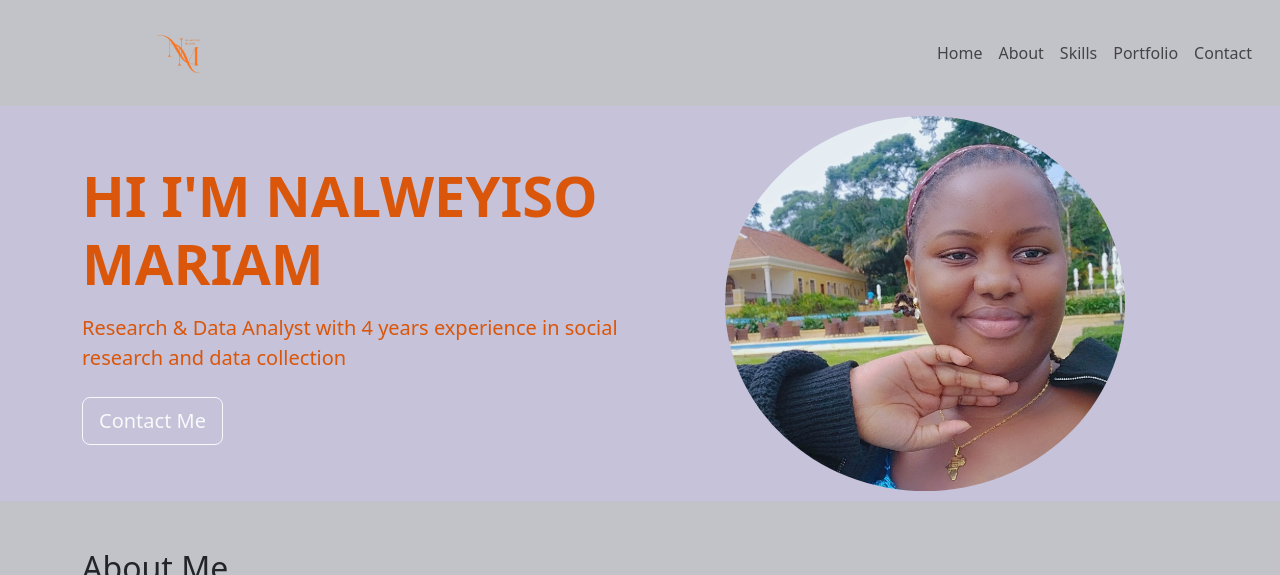
Repository: NalweMari/My-Personal-Portfolio
Page: index.html
An editor plug-in stored every save of this project. The page is shown before and after the next save, followed by the edit.
The browser window is 1280 px wide. The pictures show the part of the page from y = 0 to 575 px (the page is 1005 px tall).
A picture or video elsewhere on the page could not be fetched, so the positions and the page height are approximate.

Above is the page before, as saved 2025-11-28 12:00:33.
Console error (its wording comes from the project's code and is left out).

After the next save:
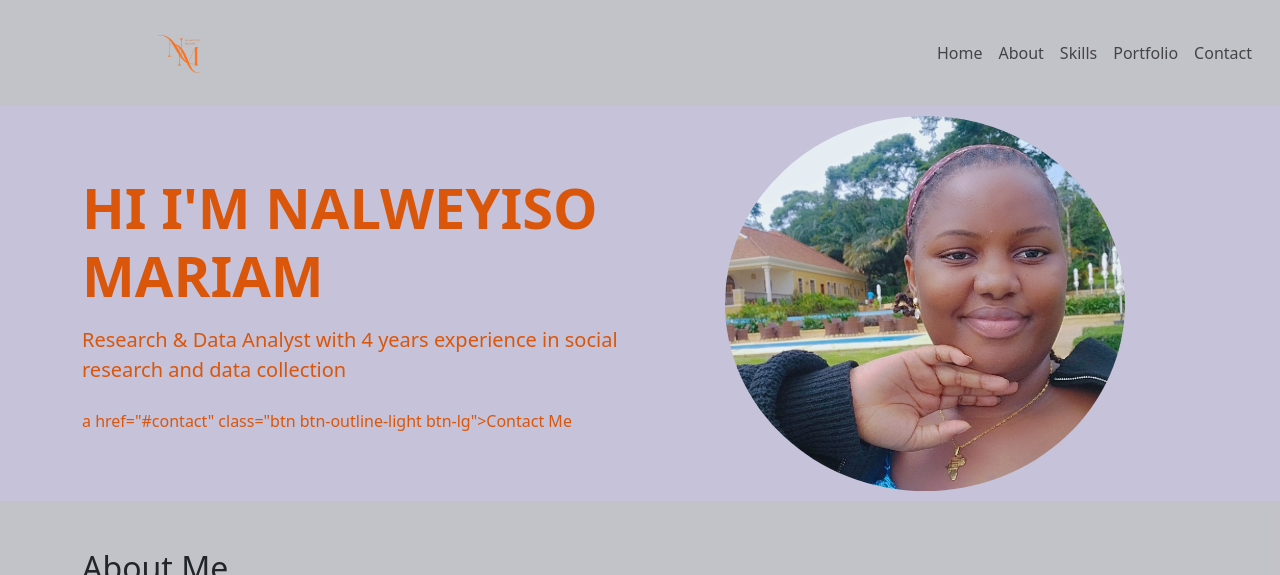
Saved 24 s later.
--- a/index.html
+++ b/index.html
@@ -43,7 +43,7 @@
                     <p class="lead mb-4">Research & Data Analyst with 4 years experience in social research and data
                         collection</p>
                     <div class="d-flex flex-wrap gap-3">
-                       <a href="#contact" class="btn btn-outline-light btn-lg">Contact Me</a>
+                       a href="#contact" class="btn btn-outline-light btn-lg">Contact Me</a>
                     </div>
                 </div>
                 <div class="col-lg-6 text-center mt-5 mt-lg-0">

After the 3 saves that followed:
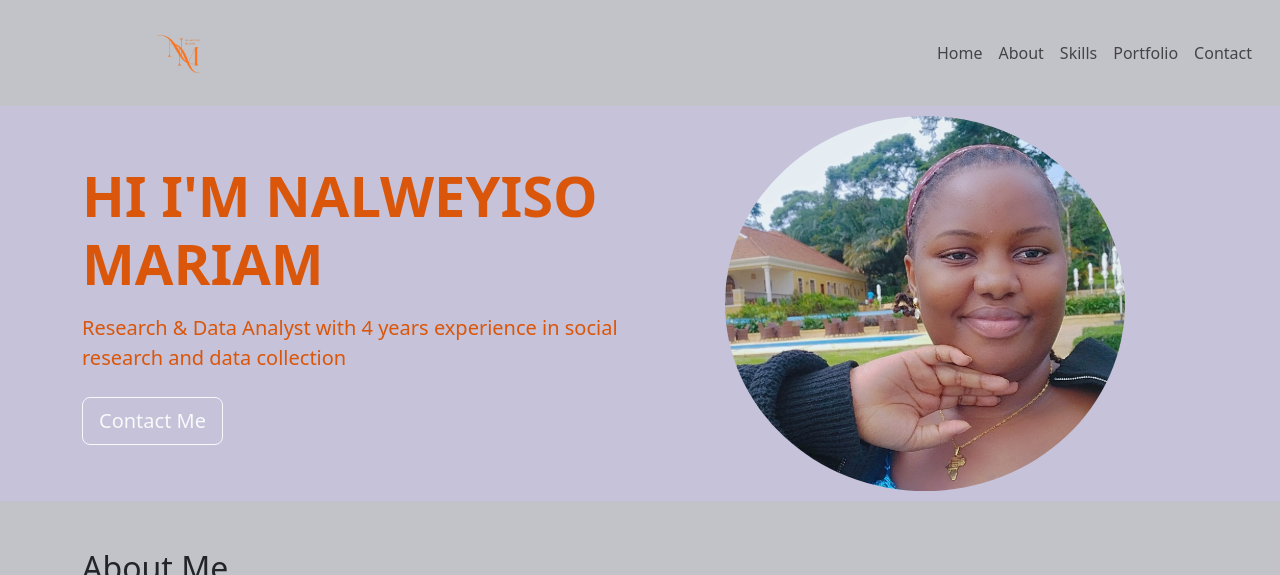
The 3 saves are shown as one change because 1 left the picture as it was and some came seconds apart.
The last was saved 13 s later.
--- a/index.html
+++ b/index.html
@@ -43,7 +43,7 @@
                     <p class="lead mb-4">Research & Data Analyst with 4 years experience in social research and data
                         collection</p>
                     <div class="d-flex flex-wrap gap-3">
-                       a href="#contact" class="btn btn-outline-light btn-lg">Contact Me</a>
+                       <a href="#contact" class="btn btn-outline-light btn-lg">Contact Me</a>
                     </div>
                 </div>
                 <div class="col-lg-6 text-center mt-5 mt-lg-0">
